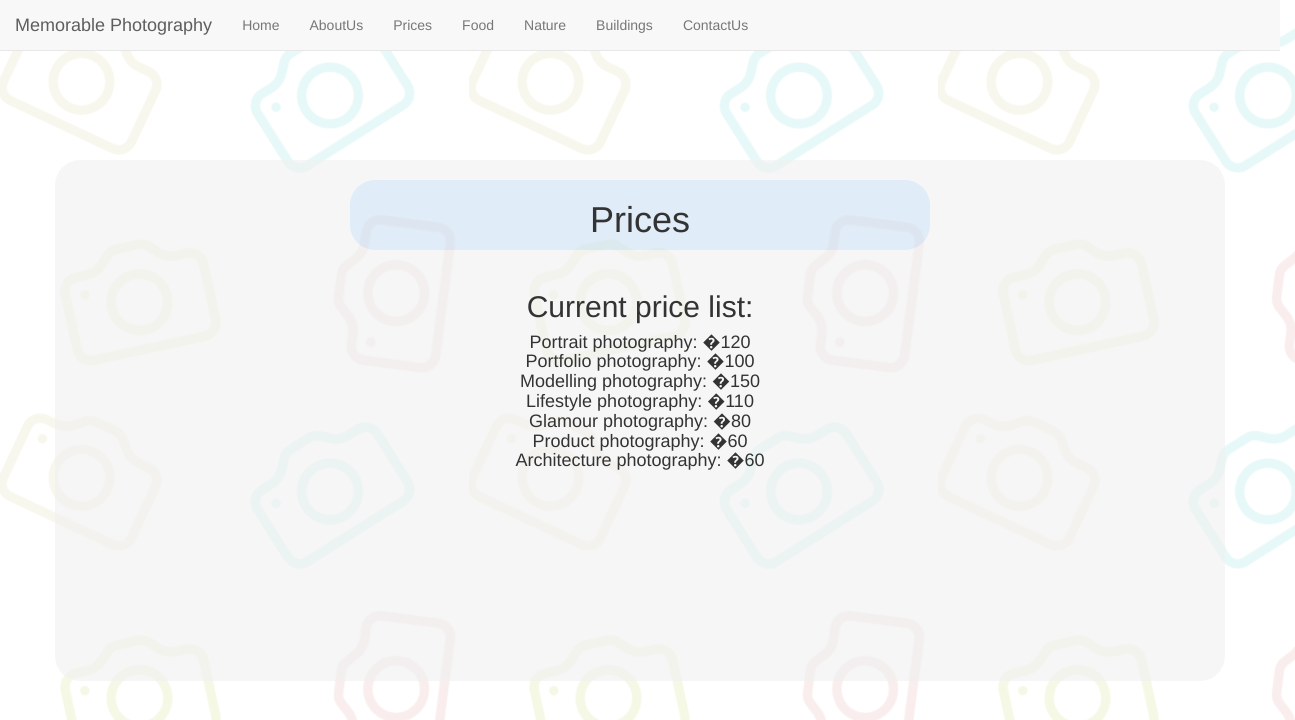
Repository: TheJot/MDEProject
Page: http://localhost/src-gen/prices.php
These files come from the project's save history. The page is drawn as it stood at one moment and after the next save; the edit follows.
The browser window is 1280 px wide. The page is 1295 px wide, so the pictures cover 1295 px, including what lies to the right of the window. The pictures show the whole page.
Some web libraries are served in a nearby version. The page is run by PHP 8.4 with error messages shown; the project is at /var/www/html/.

Above is the page before, as saved 2021-07-02 20:32:50.

After the next save:
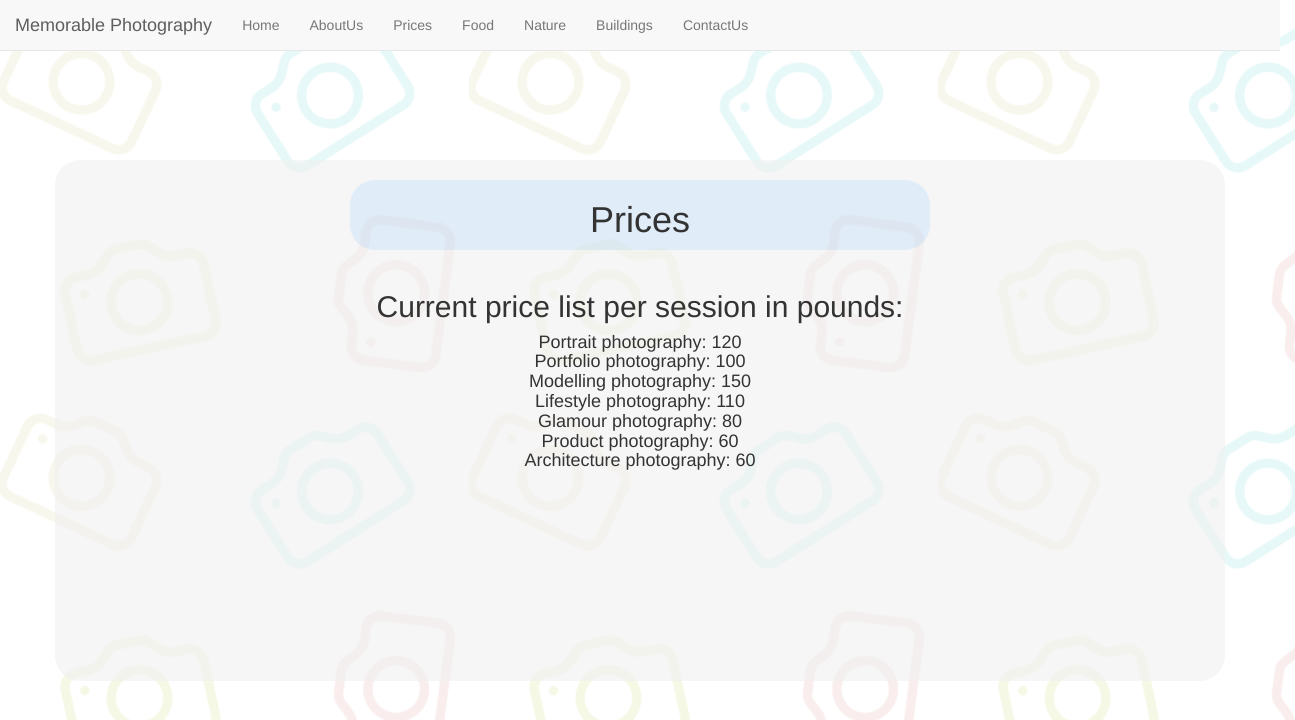
Saved 51 s later.
--- a/runtimeEclipse/TestGenerateMe/src-gen/prices.php
+++ b/runtimeEclipse/TestGenerateMe/src-gen/prices.php
@@ -21,14 +21,14 @@ include('header.php');
         <div class="col-sm-8 ">
             <br>
             <center>
-		<h2>Current price list:</h2><h4>
-		Portrait photography: £120 <br>
-		Portfolio photography: £100 <br>
-		Modelling photography: £150 <br>
-		Lifestyle photography: £110 <br>
-		Glamour photography: £80 <br>
-		Product photography: £60 <br>
-		Architecture photography: £60 <br>
+		<h2>Current price list per session in pounds:</h2><h4>
+		Portrait photography: 120 <br>
+		Portfolio photography: 100 <br>
+		Modelling photography: 150 <br>
+		Lifestyle photography: 110 <br>
+		Glamour photography: 80 <br>
+		Product photography: 60 <br>
+		Architecture photography: 60 <br>
 		</h4><br><br><br>
             </center>
 
